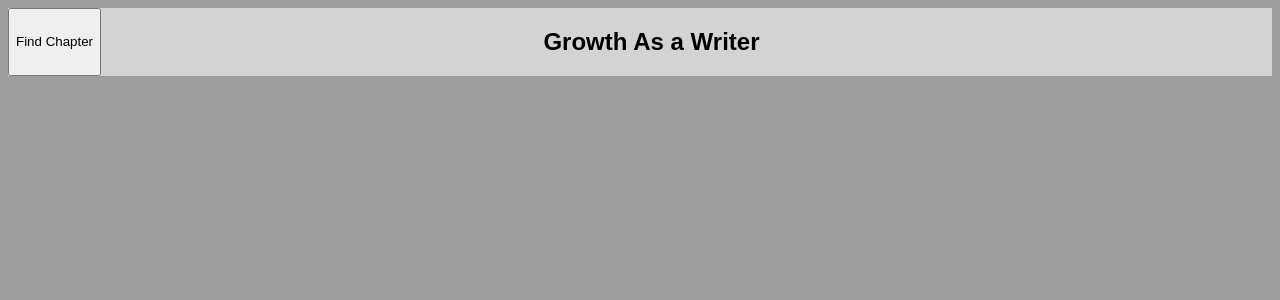
Repository: jpaisiem/WP-4
Page: index.html
The author's editor kept a copy of each file at every save. The page is drawn from the files as they stood at one save, then again after the next save.
The browser window is 1280 px wide. The pictures show the whole page.

Above is the page before, as saved 2025-04-29 11:56:57.

### index.html
<!DOCTYPE html>
<html>
<head>
<meta name="viewport" content="width=device-width, initial-scale=1">
<style>
    body{
        background-color: #9e9e9e;
        font-family: Arial, sans-serif;
    }
/* Popup container - can be anything you want */
.popup {
  position: relative;
  display: inline-block;
  cursor: pointer;
  -webkit-user-select: none;
  -moz-user-select: none;
  -ms-user-select: none;
  user-select: none;
  text-align: left;
  background-color: lightgray;
}

/* The actual popup */
.popup .popuptext {
  visibility: hidden;
  width: fit-content;
  background-color: #555;
  color: #fff;
  text-align: left;
  border-radius: 6px;
  padding: 8px 0;
  position: absolute;
  z-index: 1;
  bottom: 125%;
  left: 50%;
  margin-top: 150px;
}

/* Popup arrow */
.popup .popuptext::after {
  content: "";
  position: absolute;
  top: 100%;
  left: 50%;
  margin-left: -5px;
  border-width: 5px;
  border-style: solid;
  border-color: #555 transparent transparent transparent;
}

/* Toggle this class - hide and show the popup */
.popup .show {
  visibility: visible;
  -webkit-animation: fadeIn 1s;
  animation: fadeIn 1s;
}

/* Add animation (fade in the popup) */
@-webkit-keyframes fadeIn {
  from {opacity: 0;}
  to {opacity: 1;}
}

@keyframes fadeIn {
  from {opacity: 0;}
  to {opacity:1 ;}
}
</style>
</head>
<body>
<div class="popup" onclick="myFunction()" style=" text-align: left; display: flex; flex-direction: row;"><button style="margin-right: 35%; background-color: lightgray, border-color: transparent;">Find Chapter</button><h2>Growth As a Writer</h2>
  <span class="popuptext" id="myPopup"> <table>
    <tr>
      <td><a href="#">Chapter 1</a></td>
      <td><a href="#">Chapter 2</a></td>
      <td><a href="#">Chapter 3</a></td>
    </tr>
    <tr>
      <td><a href="#">Chapter 4</a></td>
      <td><a href="#">Chapter 5</a></td>
      <td><a href="#">Chapter 6</a></td>
    </tr>
  </table></span>
</div>

<script>
// When the user clicks on div, open the popup
function myFunction() {
  var popup = document.getElementById("myPopup");
  popup.classList.toggle("show");
}
</script>

</body>
</html>

After the next save:
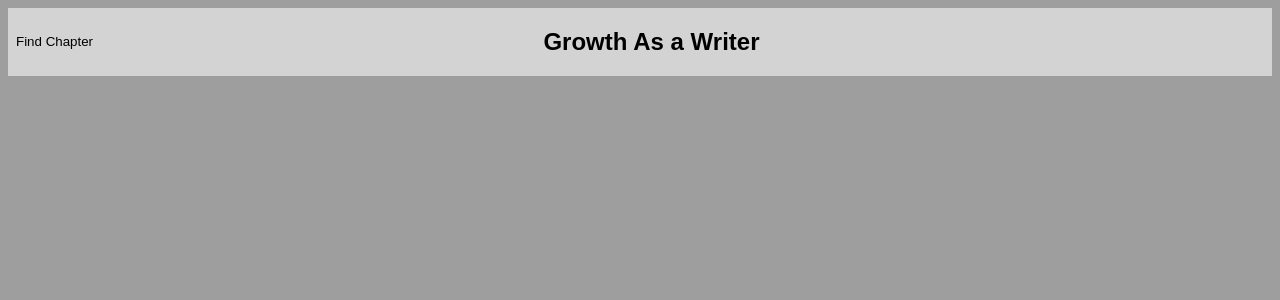
Saved 22 s later.
--- a/index.html
+++ b/index.html
@@ -68,7 +68,7 @@
 </style>
 </head>
 <body>
-<div class="popup" onclick="myFunction()" style=" text-align: left; display: flex; flex-direction: row;"><button style="margin-right: 35%; background-color: lightgray, border-color: transparent;">Find Chapter</button><h2>Growth As a Writer</h2>
+<div class="popup" onclick="myFunction()" style=" text-align: left; display: flex; flex-direction: row;"><button style="margin-right: 35%; background-color: lightgray; border-color: transparent;">Find Chapter</button><h2>Growth As a Writer</h2>
   <span class="popuptext" id="myPopup"> <table>
     <tr>
       <td><a href="#">Chapter 1</a></td>
